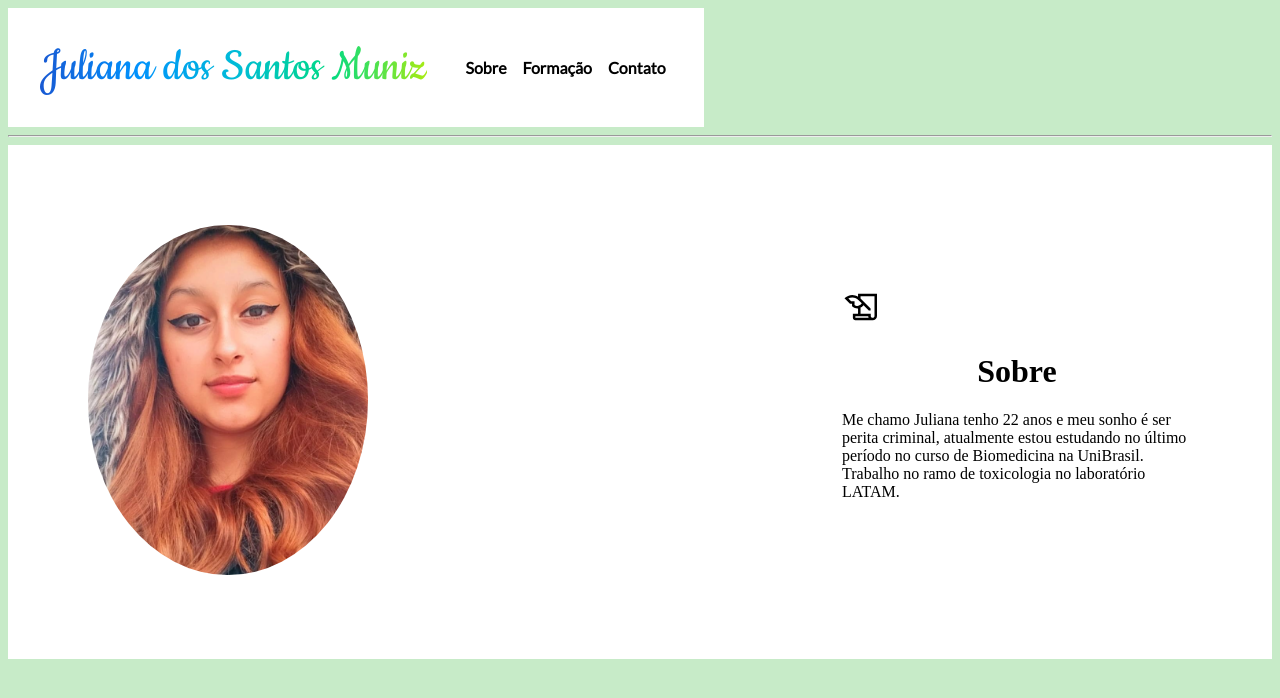
Repository: joaovnogueira/Portfolio-Juliana
Page: index.html
An editor plug-in stored every save of this project. The page is shown before and after the next save, followed by the edit.
The browser window is 1280 px wide. The pictures show the whole page.

Above is the page before, as saved 2022-06-14 16:08:21.

### index.html
<!DOCTYPE html>
<html lang="en">
<head>
    <link rel="stylesheet" href="styles.css">
    <meta charset="UTF-8">
    <meta http-equiv="X-UA-Compatible" content="IE=edge">
    <meta name="viewport" content="width=device-width, initial-scale=1.0">
    <title>Portfólio Juliana</title>
</head>
<body>
    <header>
        <nav>
            <div class="logo">Juliana dos Santos Muniz</div>
            <div class="menu">
                <a href="">Sobre</a>
                <a href="">Formação</a>
                <a href="">Contato</a>
            </div>
        </nav>
    </header>
    <hr>
    <main>
        <div class="perfil">
            <div class="foto">
                <img src="./assets/foto-perfil.png" alt="Foto de perfil" class="fotoperfil">
            </div>
            <div class="separator"></div>
            <div class="conteudo">
                <img src="./assets/sobre.svg" alt="" class="icon"><h1>Sobre</h1>
                <p>Me chamo Juliana tenho 22 anos e meu sonho é ser perita criminal,
                atualmente estou estudando no último período no curso de Biomedicina na UniBrasil.
                Trabalho no ramo de toxicologia no laboratório LATAM.</p>
            </div>
        </div>
    </main>
    <footer></footer>
</body>
</html>

### styles.css
@import url('https://fonts.googleapis.com/css2?family=Cookie&display=swap');
@import url('https://fonts.googleapis.com/css2?family=Lato&display=swap');

body{
    background-color: #C7EBC8;
}

header {
    background-color: #FFFFFF;
    padding: 2rem;
    align-items: center;
    width: 50%;
}

nav{
    display: flex;
    justify-content: space-between;
    align-items: center;
}

.logo{
    font-family: 'Cookie', cursive;
    font-size: 50px;
    background-clip: text;
    -webkit-background-clip: text;
    background-image: linear-gradient(to right, #1859d3, #0091fc, #00bbd9, #00da84, #a8eb12);
    color: transparent;
}

.menu{
    font-family: 'Lato', sans-serif;
    font-weight: bold;
}

a{
    text-decoration: none;
    color: black;
    margin: .4rem;
}

hr{
    background-color: #FFFFFF;
}


.perfil {
    background-color: #FFFFFF;
    display: flex;
    padding: 5rem;
    align-items: center;
    justify-content: space-between;

}

.foto{
    align-items: center;
}

.conteudo{
    align-items: center;
    max-width: 350px;
    max-height: 100vh;
}

h1{
    text-align: center;
}

p{
    text-align: left;
}

.fotoperfil{
    border-radius: 50%;
    max-width:750px;
    max-height:350px;
    width: auto;
    height: auto;
}

.icon{
    max-width: 40px;
    max-height:40px;

}

After the next save:
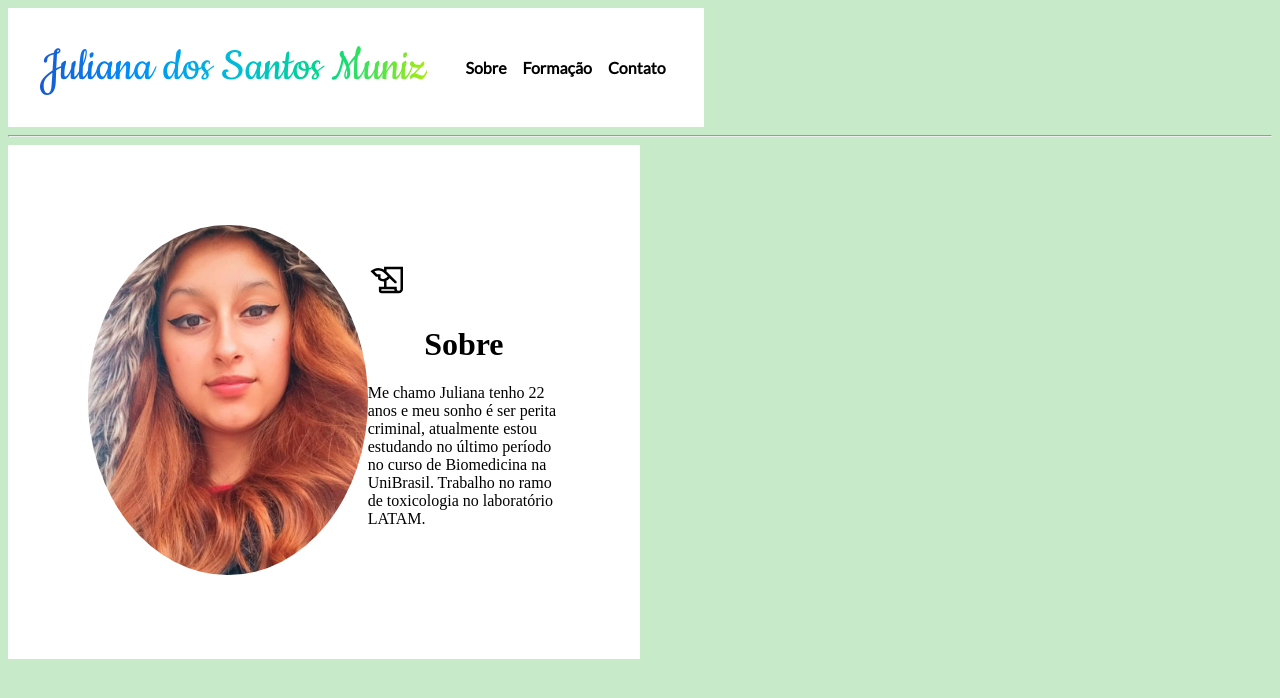
Saved 9 s later.
--- a/styles.css
+++ b/styles.css
@@ -42,7 +42,9 @@ hr{
     background-color: #FFFFFF;
 }
 
-
+main{
+    width: 50%;
+}
 .perfil {
     background-color: #FFFFFF;
     display: flex;
